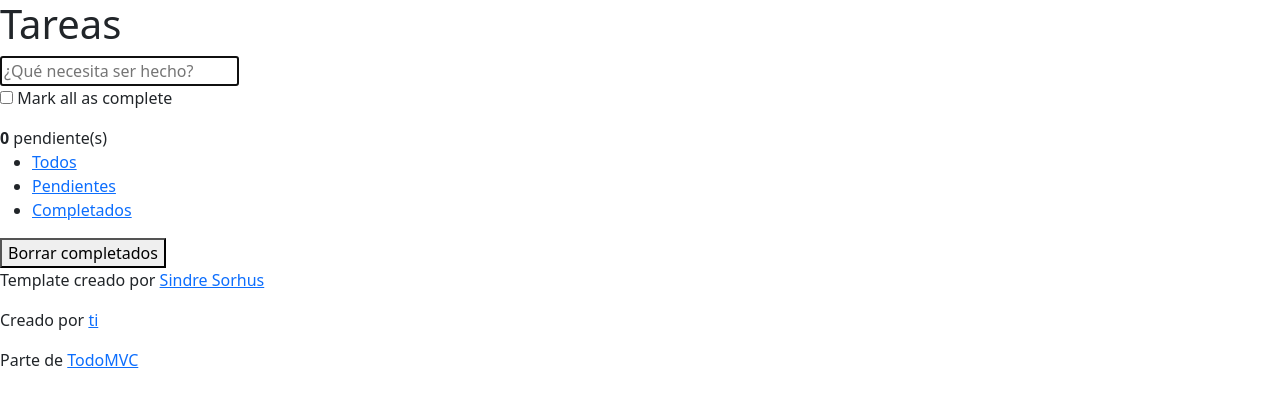
Repository: osneida/lista-tareas-curso-javascript
Page: src/index.html
These files come from the project's save history. The page is drawn as it stood at one moment and after the next save; the edit follows.
The browser window is 1280 px wide. The pictures show the whole page.

Above is the page before, as saved 2021-08-03 22:23:00.

After the next save:
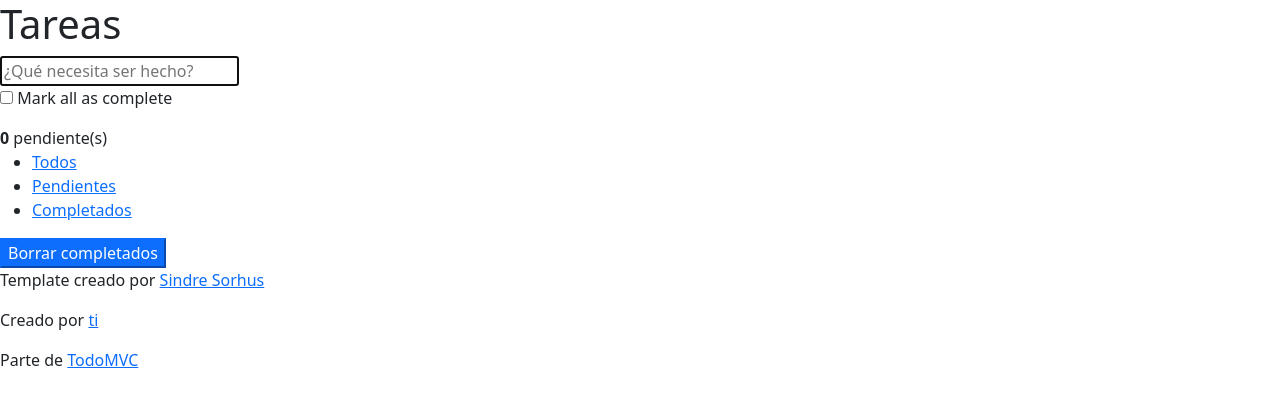
Saved 65 s later.
--- a/src/index.html
+++ b/src/index.html
@@ -54,7 +54,7 @@
 					</li>
 				</ul>
 				<!-- Hidden if no completed items are left ↓ -->
-				<button class="clear-completed">Borrar completados</button>
+				<button class="clear-completed bt btn-primary">Borrar completados</button>
 			</footer>
 		</section>
 		<footer class="info">
